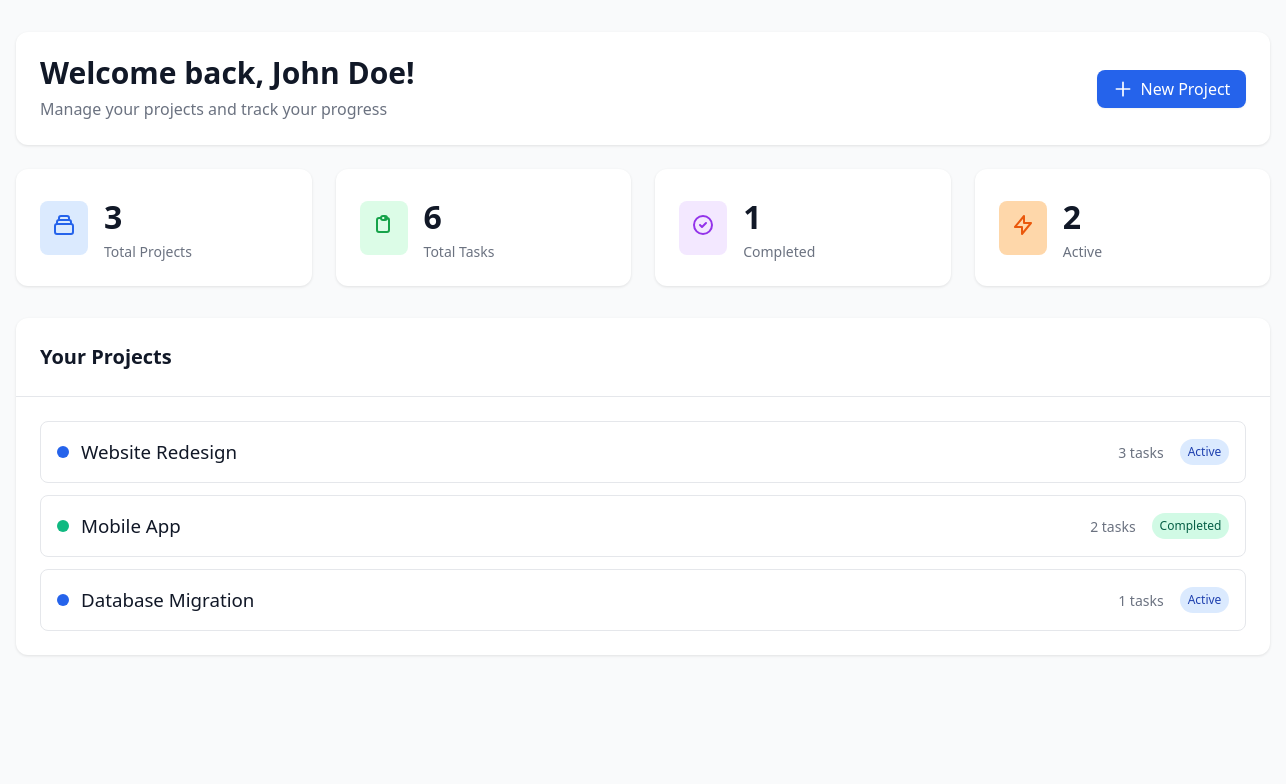
Repository: him021204/Task-Manager
Page: /dashboard (app in client/)
These files come from the project's save history. The page is drawn as it stood at one moment and after the next save; the edit follows.
The browser window is 1280 px wide. The page is 1286 px wide, then 1280 px, so the pictures cover 1286 px, including what lies to the right of the window. The pictures show the whole page.
The page's requests for data from a server got no answer. The project was rebuilt for these pictures with package versions that can differ from the ones it lists, and the page was loaded fresh each time. Some packages were replaced by stand-ins written for this rebuild. No one was signed in, and anything a server would have sent is missing. Also part of the build but not shown: client/vite.config.js, client/src/pages/Login.jsx, client/src/pages/Register.jsx, client/src/pages/Analytics.jsx, client/src/pages/CalendarView.jsx.

Above is the page before, as saved 2025-06-15 16:38:42.

### client/src/App.jsx
import { BrowserRouter as Router, Routes, Route } from 'react-router-dom';
import { SocketProvider } from './context/SocketContext';
import { AuthProvider } from './context/AuthContext';
import Home from './pages/Home';
import Dashboard from './pages/Dashboard';
import Login from './pages/Login';
import Register from './pages/Register';
import Analytics from './pages/Analytics';
import CalendarView from './pages/CalendarView';
import { ToastContainer } from 'react-toastify';
import 'react-toastify/dist/ReactToastify.css';

const App = () => {
  // You can also remove the dark state if not needed
  // const [dark, setDark] = useState(false);
  return (
    <div className="min-h-screen bg-gray-100 text-black">
      <AuthProvider>
        <SocketProvider>
          <Router>
            <main className="pt-12 px-2 max-w-7xl mx-auto">
              <Routes>
                <Route path="/" element={<Home />} />
                <Route path="/dashboard" element={<Dashboard />} />
                <Route path="/login" element={<Login />} />
                <Route path="/register" element={<Register />} />
                <Route path="/analytics" element={<Analytics />} />
                <Route path="/calendar" element={<CalendarView />} />
              </Routes>
            </main>
          </Router>
          <ToastContainer position="top-right" autoClose={3000} />
        </SocketProvider>
      </AuthProvider>
    </div>
  );
};

export default App;

### client/src/context/SocketContext.jsx
import { createContext, useContext, useEffect } from 'react';
import { socket } from '../utils/socket';

const SocketContext = createContext();

export const SocketProvider = ({ children }) => {
  useEffect(() => {
    return () => socket.disconnect();
  }, []);

  return (
    <SocketContext.Provider value={socket}>
      {children}
    </SocketContext.Provider>
  );
};

export const useSocket = () => useContext(SocketContext);

### client/src/context/AuthContext.jsx
import { createContext, useContext, useEffect, useState } from 'react';
import axios from 'axios';

export const AuthContext = createContext();

export const AuthProvider = ({ children }) => {
  const [user, setUser] = useState(null);
  const [token, setToken] = useState(localStorage.getItem('token'));

  useEffect(() => {
    if (token) {
      axios.defaults.headers.common['Authorization'] = `Bearer ${token}`;
      setUser(JSON.parse(localStorage.getItem('user')));
    }
  }, [token]);

  const login = (data) => {
    localStorage.setItem('token', data.token);
    localStorage.setItem('user', JSON.stringify(data.user));
    setUser(data.user);
    setToken(data.token);
  };

  const logout = () => {
    localStorage.clear();
    setUser(null);
    setToken(null);
  };

  return (
    <AuthContext.Provider value={{ user, login, logout }}>
      {children}
    </AuthContext.Provider>
  );
};

export const useAuth = () => useContext(AuthContext);

### client/src/pages/Dashboard.jsx
import { useEffect, useState, useCallback } from 'react';
import './Dashboard.css';
// import axios from 'axios';
// import { useAuth } from '../context/AuthContext';

// Mock data and functions for demonstration
const mockUser = { name: 'John Doe' };
const mockProjects = [
  { _id: '1', title: 'Website Redesign', status: 'Active', tasks: [1, 2, 3] },
  { _id: '2', title: 'Mobile App', status: 'Completed', tasks: [1, 2] },
  { _id: '3', title: 'Database Migration', status: 'Active', tasks: [1] }
];

const Dashboard = () => {
  // const { user } = useAuth();
  const user = mockUser; // Mock user for demo
  const [projects, setProjects] = useState(mockProjects);
  const [loading, setLoading] = useState(false);
  const [error, setError] = useState('');
  const [showCreate, setShowCreate] = useState(false);
  const [newProject, setNewProject] = useState('');
  const [createLoading, setCreateLoading] = useState(false);

  // Mock API calls
  const mockApiCall = (delay = 1000) =>
    new Promise(resolve => setTimeout(resolve, delay));

  const getAuthHeaders = useCallback(() => ({
    Authorization: `Bearer mock-token`,
  }), []);

  const fetchProjects = useCallback(async () => {
    if (!user) return;

    try {
      setLoading(true);
      setError('');
      await mockApiCall(500); // Simulate API call
      // In real app: const response = await axios.get(`${import.meta.env.VITE_API_BASE_URL}/projects`, { headers: getAuthHeaders() });
      // setProjects(response.data);
    } catch (err) {
      console.error('Failed to fetch projects:', err);
      setError('Failed to load projects. Please try again.');
    } finally {
      setLoading(false);
    }
  }, [user, getAuthHeaders]);

  useEffect(() => {
    fetchProjects();
  }, [fetchProjects]);

  const handleCreateProject = async (e) => {
    e.preventDefault();
    const trimmedProject = newProject.trim();

    if (!trimmedProject) {
      setError('Project name cannot be empty');
      return;
    }

    try {
      setCreateLoading(true);
      setError('');

      await mockApiCall(800); // Simulate API call

      // Mock new project creation
      const newProjectObj = {
        _id: Date.now().toString(),
        title: trimmedProject,
        status: 'Active',
        tasks: []
      };

      setProjects(prev => [newProjectObj, ...prev]);
      setNewProject('');
      setShowCreate(false);
    } catch (err) {
      console.error('Failed to create project:', err);
      setError('Failed to create project. Please try again.');
    } finally {
      setCreateLoading(false);
    }
  };

  const handleRetry = () => {
    fetchProjects();
  };

  const dismissError = () => {
    setError('');
  };

  const toggleCreateForm = () => {
    setShowCreate(prev => !prev);
    setNewProject('');
    setError('');
  };

  // Calculate stats
  const totalTasks = projects.reduce((acc, p) => acc + (p.tasks?.length || 0), 0);
  const completedProjects = projects.filter(p => p.status === 'Completed').length;
  const activeProjects = projects.length - completedProjects;

  if (!user) {
    return (
      <div className="auth-required">
        <div className="auth-card">
          <h1>Authentication Required</h1>
          <p>Please log in to access your dashboard.</p>
        </div>
      </div>
    );
  }

  return (
    <div className="dashboard">
      <div className="dashboard-container">

        {/* Header */}
        <div className="header-card">
          <div className="header-content">
            <div className="header-text">
              <h1>Welcome back, {user?.name}!</h1>
              <p>Manage your projects and track your progress</p>
            </div>
            <button
              onClick={toggleCreateForm}
              disabled={createLoading}
              className="new-project-btn"
              aria-label="Create new project"
            >
              <svg className="btn-icon" fill="none" stroke="currentColor" viewBox="0 0 24 24">
                <path strokeLinecap="round" strokeLinejoin="round" strokeWidth={2} d="M12 4v16m8-8H4" />
              </svg>
              {showCreate ? 'Cancel' : 'New Project'}
            </button>
          </div>
        </div>

        {/* Error Alert */}
        {error && (
          <div className="error-alert">
            <div className="error-content">
              <div className="error-message">
                <svg className="error-icon" fill="none" stroke="currentColor" viewBox="0 0 24 24">
                  <path strokeLinecap="round" strokeLinejoin="round" strokeWidth={2} d="M12 8v4m0 4h.01M21 12a9 9 0 11-18 0 9 9 0 0118 0z" />
                </svg>
                <p>{error}</p>
              </div>
              <div className="error-actions">
                <button onClick={handleRetry} className="retry-btn">Retry</button>
                <button onClick={dismissError} className="dismiss-btn" aria-label="Dismiss error">
                  <svg className="dismiss-icon" fill="none" stroke="currentColor" viewBox="0 0 24 24">
                    <path strokeLinecap="round" strokeLinejoin="round" strokeWidth={2} d="M6 18L18 6M6 6l12 12" />
                  </svg>
                </button>
              </div>
            </div>
          </div>
        )}

        {/* Stats Cards */}
        <div className="stats-grid">
          <div className="stat-card">
            <div className="stat-content">
              <div className="stat-icon blue">
                <svg fill="none" stroke="currentColor" viewBox="0 0 24 24">
                  <path strokeLinecap="round" strokeLinejoin="round" strokeWidth={2} d="M19 11H5m14 0a2 2 0 012 2v6a2 2 0 01-2 2H5a2 2 0 01-2-2v-6a2 2 0 012-2m14 0V9a2 2 0 00-2-2M5 11V9a2 2 0 012-2m0 0V5a2 2 0 012-2h6a2 2 0 012 2v2M7 7h10" />
                </svg>
              </div>
              <div className="stat-info">
                <h3>{projects.length}</h3>
                <p>Total Projects</p>
              </div>
            </div>
          </div>

          <div className="stat-card">
            <div className="stat-content">
              <div className="stat-icon green">
                <svg fill="none" stroke="currentColor" viewBox="0 0 24 24">
                  <path strokeLinecap="round" strokeLinejoin="round" strokeWidth={2} d="M9 5H7a2 2 0 00-2 2v10a2 2 0 002 2h8a2 2 0 002-2V7a2 2 0 00-2-2h-2M9 5a2 2 0 002 2h2a2 2 0 002-2M9 5a2 2 0 012-2h2a2 2 0 012 2" />
                </svg>
              </div>
              <div className="stat-info">
                <h3>{totalTasks}</h3>
                <p>Total Tasks</p>
              </div>
            </div>
          </div>

          <div className="stat-card">
            <div className="stat-content">
              <div className="stat-icon purple">
                <svg fill="none" stroke="currentColor" viewBox="0 0 24 24">
                  <path strokeLinecap="round" strokeLinejoin="round" strokeWidth={2} d="M9 12l2 2 4-4m6 2a9 9 0 11-18 0 9 9 0 0118 0z" />
                </svg>
              </div>
              <div className="stat-info">
                <h3>{completedProjects}</h3>
                <p>Completed</p>
              </div>
            </div>
          </div>

          <div className="stat-card">
            <div className="stat-content">
              <div className="stat-icon orange">
                <svg fill="none" stroke="currentColor" viewBox="0 0 24 24">
                  <path strokeLinecap="round" strokeLinejoin="round" strokeWidth={2} d="M13 10V3L4 14h7v7l9-11h-7z" />
                </svg>
              </div>
              <div className="stat-info">
                <h3>{activeProjects}</h3>
                <p>Active</p>
              </div>
            </div>
          </div>
        </div>

        {/* Create Project Form */}
        {showCreate && (
          <div className="create-form-card">
            <h3>Create New Project</h3>
            <div className="create-form">
              <input
                type="text"
                value={newProject}
                onChange={(e) => setNewProject(e.target.value)}
                placeholder="Enter project name"
                className="project-input"
                autoFocus
                disabled={createLoading}
                maxLength={100}
              />
              <button
                type="button"
                onClick={handleCreateProject}
                disabled={createLoading || !newProject.trim()}
                className="create-btn"
              >
                {createLoading ? 'Creating...' : 'Create'}
              </button>
            </div>
          </div>
        )}

        {/* Projects List */}
        <div className="projects-card">
          <div className="projects-header">
            <h2>Your Projects</h2>
          </div>

          <div className="projects-content">
            {loading ? (
              <div className="loading-state">
                <div className="spinner"></div>
                <span>Loading projects...</span>
              </div>
            ) : projects.length === 0 ? (
              <div className="empty-state">
                <svg className="empty-icon" fill="none" stroke="currentColor" viewBox="0 0 24 24">
                  <path strokeLinecap="round" strokeLinejoin="round" strokeWidth={1} d="M19 11H5m14 0a2 2 0 012 2v6a2 2 0 01-2 2H5a2 2 0 01-2-2v-6a2 2 0 012-2m14 0V9a2 2 0 00-2-2M5 11V9a2 2 0 012-2m0 0V5a2 2 0 012-2h6a2 2 0 012 2v2M7 7h10" />
                </svg>
                <h3>No projects yet</h3>
                <p>Get started by creating your first project</p>
                <button onClick={toggleCreateForm} className="empty-create-btn">
                  <svg className="btn-icon" fill="none" stroke="currentColor" viewBox="0 0 24 24">
                    <path strokeLinecap="round" strokeLinejoin="round" strokeWidth={2} d="M12 4v16m8-8H4" />
                  </svg>
                  Create Project
                </button>
              </div>
            ) : (
              <div className="projects-list">
                {projects.map((project) => (
                  <div key={project._id} className="project-item">
                    <div className="project-main">
                      <div className={`project-status ${project.status === 'Completed' ? 'completed' : 'active'}`}></div>
                      <h3>{project.title}</h3>
                    </div>
                    <div className="project-meta">
                      <span className="task-count">{project.tasks?.length || 0} tasks</span>
                      <span className={`status-badge ${project.status === 'Completed' ? 'completed' : 'active'}`}>
                        {project.status || 'Active'}
                      </span>
                    </div>
                  </div>
                ))}
              </div>
            )}
          </div>
        </div>
      </div>
    </div>
  );
};

export default Dashboard;

### client/src/pages/Dashboard.css
/* Dashboard Styles */
.dashboard {
  min-height: 100vh;
  width: 98vw;
  background-color: #f9fafb;
  padding: 2rem 1rem;
}

.dashboard-container {
  max-width: 96rem;
  margin: 0 auto;
}

/* Header Card */
.header-card {
  background: white;
  border-radius: 0.75rem;
  box-shadow: 0 1px 3px 0 rgba(0, 0, 0, 0.1);
  padding: 1.5rem;
  margin-bottom: 1.5rem;
}

.header-content {
  display: flex;
  flex-direction: column;
  gap: 1rem;
}

.header-text h1 {
  font-size: 1.875rem;
  font-weight: 700;
  color: #111827;
  margin: 0 0 0.5rem 0;
}

.header-text p {
  color: #6b7280;
  margin: 0;
}

.new-project-btn {
  display: inline-flex;
  align-items: center;
  padding: 0.5rem 1rem;
  background-color: #2563eb;
  color: white;
  font-weight: 500;
  border: none;
  border-radius: 0.5rem;
  box-shadow: 0 1px 2px 0 rgba(0, 0, 0, 0.05);
  cursor: pointer;
  transition: background-color 0.2s;
  align-self: flex-start;
}

.new-project-btn:hover:not(:disabled) {
  background-color: #1d4ed8;
}

.new-project-btn:disabled {
  background-color: #9ca3af;
  cursor: not-allowed;
}

.btn-icon {
  width: 1.25rem;
  height: 1.25rem;
  margin-right: 0.5rem;
}

/* Error Alert */
.error-alert {
  background-color: #fef2f2;
  border: 1px solid #fecaca;
  border-radius: 0.5rem;
  padding: 1rem;
  margin-bottom: 1.5rem;
}

.error-content {
  display: flex;
  align-items: center;
  justify-content: space-between;
}

.error-message {
  display: flex;
  align-items: center;
}

.error-icon {
  width: 1.25rem;
  height: 1.25rem;
  color: #ef4444;
  margin-right: 0.75rem;
}

.error-message p {
  color: #dc2626;
  margin: 0;
}

.error-actions {
  display: flex;
  gap: 0.5rem;
}

.retry-btn {
  color: #dc2626;
  background: none;
  border: none;
  font-size: 0.875rem;
  font-weight: 500;
  cursor: pointer;
}

.retry-btn:hover {
  color: #b91c1c;
}

.dismiss-btn {
  color: #ef4444;
  background: none;
  border: none;
  cursor: pointer;
  padding: 0;
}

.dismiss-btn:hover {
  color: #dc2626;
}

.dismiss-icon {
  width: 1.25rem;
  height: 1.25rem;
}

/* Stats Grid */
.stats-grid {
  display: grid;
  grid-template-columns: repeat(auto-fit, minmax(250px, 1fr));
  gap: 1.5rem;
  margin-bottom: 2rem;
}

.stat-card {
  background: white;
  border-radius: 0.75rem;
  box-shadow: 0 1px 3px 0 rgba(0, 0, 0, 0.1);
  padding: 1.5rem;
}

.stat-content {
  display: flex;
  align-items: center;
}

.stat-icon {
  padding: 0.75rem;
  border-radius: 0.5rem;
  margin-right: 1rem;
}

.stat-icon svg {
  width: 1.5rem;
  height: 1.5rem;
}

.stat-icon.blue {
  background-color: #dbeafe;
  color: #2563eb;
}

.stat-icon.green {
  background-color: #dcfce7;
  color: #16a34a;
}

.stat-icon.purple {
  background-color: #f3e8ff;
  color: #9333ea;
}

.stat-icon.orange {
  background-color: #fed7aa;
  color: #ea580c;
}

.stat-info h3 {
  font-size: 2rem;
  font-weight: 700;
  color: #111827;
  margin: 0;
}

.stat-info p {
  color: #6b7280;
  font-size: 0.875rem;
  margin: 0;
}

/* Create Form */
.create-form-card {
  background: white;
  border-radius: 0.75rem;
  box-shadow: 0 1px 3px 0 rgba(0, 0, 0, 0.1);
  padding: 1.5rem;
  margin-bottom: 1.5rem;
}

.create-form-card h3 {
  font-size: 1.125rem;
  font-weight: 600;
  color: #111827;
  margin: 0 0 1rem 0;
}

.create-form {
  display: flex;
  gap: 0.75rem;
}

.project-input {
  flex: 1;
  padding: 0.5rem 1rem;
  border: 1px solid #d1d5db;
  border-radius: 0.5rem;
  background: white;
  font-size: 1rem;
  color: #111827;
}

.project-input:focus {
  outline: none;
  border-color: #2563eb;
  box-shadow: 0 0 0 3px rgba(37, 99, 235, 0.1);
}

.project-input:disabled {
  background-color: #f9fafb;
  color: #6b7280;
}

.create-btn {
  padding: 0.5rem 1.5rem;
  background-color: #2563eb;
  color: white;
  font-weight: 500;
  border: none;
  border-radius: 0.5rem;
  cursor: pointer;
  transition: background-color 0.2s;
}

.create-btn:hover:not(:disabled) {
  background-color: #1d4ed8;
}

.create-btn:disabled {
  background-color: #9ca3af;
  cursor: not-allowed;
}

/* Projects Card */
.projects-card {
  background: white;
  border-radius: 0.75rem;
  box-shadow: 0 1px 3px 0 rgba(0, 0, 0, 0.1);
}

.projects-header {
  padding: 1.5rem;
  border-bottom: 1px solid #e5e7eb;
}

.projects-header h2 {
  font-size: 1.25rem;
  font-weight: 600;
  color: #111827;
  margin: 0;
}

.projects-content {
  padding: 1.5rem;
}

/* Loading State */
.loading-state {
  display: flex;
  align-items: center;
  justify-content: center;
  padding: 3rem 0;
}

.spinner {
  width: 2rem;
  height: 2rem;
  border: 2px solid #e5e7eb;
  border-top: 2px solid #2563eb;
  border-radius: 50%;
  animation: spin 1s linear infinite;
  margin-right: 0.75rem;
}

@keyframes spin {
  to {
    transform: rotate(360deg);
  }
}

.loading-state span {
  color: #6b7280;
}

/* Empty State */
.empty-state {
  text-align: center;
  padding: 3rem 0;
}

.empty-icon {
  width: 4rem;
  height: 4rem;
  color: #9ca3af;
  margin: 0 auto 1rem;
}

.empty-state h3 {
  font-size: 1.125rem;
  font-weight: 500;
  color: #111827;
  margin: 0 0 0.5rem 0;
}

.empty-state p {
  color: #6b7280;
  margin: 0 0 1rem 0;
}

.empty-create-btn {
  display: inline-flex;
  align-items: center;
  padding: 0.5rem 1rem;
  background-color: #2563eb;
  color: white;
  font-weight: 500;
  border: none;
  border-radius: 0.5rem;
  cursor: pointer;
  transition: background-color 0.2s;
}

.empty-create-btn:hover {
  background-color: #1d4ed8;
}

/* Projects List */
.projects-list {
  display: flex;
  flex-direction: column;
  gap: 0.75rem;
}

.project-item {
  display: flex;
  align-items: center;
  justify-content: space-between;
  padding: 1rem;
  border: 1px solid #e5e7eb;
  border-radius: 0.5rem;
  transition: background-color 0.2s;
}

.project-item:hover {
  background-color: #f9fafb;
}

.project-main {
  display: flex;
  align-items: center;
  gap: 0.75rem;
}

.project-status {
  width: 0.75rem;
  height: 0.75rem;
  border-radius: 50%;
}

.project-status.completed {
  background-color: #10b981;
}

.project-status.active {
  background-color: #2563eb;
}

.project-main h3 {
  font-weight: 500;
  color: #111827;
  margin: 0;
}

.project-meta {
  display: flex;
  align-items: center;
  gap: 1rem;
  font-size: 0.875rem;
}

.task-count {
  color: #6b7280;
}

.status-badge {
  padding: 0.25rem 0.5rem;
  border-radius: 9999px;
  font-size: 0.75rem;
  font-weight: 500;
}

.status-badge.completed {
  background-color: #d1fae5;
  color: #065f46;
}

.status-badge.active {
  background-color: #dbeafe;
  color: #1e40af;
}

/* Auth Required */
.auth-required {
  min-height: 100vh;
  display: flex;
  align-items: center;
  justify-content: center;
  background-color: #f9fafb;
}

.auth-card {
  text-align: center;
  padding: 2rem;
  background: white;
  border-radius: 0.75rem;
  box-shadow: 0 4px 6px -1px rgba(0, 0, 0, 0.1);
}

.auth-card h1 {
  font-size: 1.5rem;
  font-weight: 700;
  color: #111827;
  margin: 0 0 1rem 0;
}

.auth-card p {
  color: #6b7280;
  margin: 0;
}

/* Dark Mode Support */
@media (prefers-color-scheme: dark) {
  .dashboard {
    background-color: #111827;
  }

  .header-card,
  .create-form-card,
  .projects-card,
  .stat-card {
    background-color: #1f2937;
  }

  .header-text h1,
  .create-form-card h3,
  .projects-header h2,
  .project-main h3,
  .stat-info h3,
  .empty-state h3 {
    color: white;
  }

  .header-text p,
  .stat-info p,
  .task-count,
  .loading-state span,
  .empty-state p {
    color: #9ca3af;
  }

  .project-input {
    background-color: #374151;
    border-color: #4b5563;
    color: white;
  }

  .project-input:focus {
    border-color: #3b82f6;
  }

  .project-item {
    border-color: #374151;
  }

  .project-item:hover {
    background-color: rgba(55, 65, 81, 0.5);
  }

  .stat-icon.blue {
    background-color: rgba(37, 99, 235, 0.2);
    color: #60a5fa;
  }

  .stat-icon.green {
    background-color: rgba(34, 197, 94, 0.2);
    color: #4ade80;
  }

  .stat-icon.purple {
    background-color: rgba(147, 51, 234, 0.2);
    color: #a855f7;
  }

  .stat-icon.orange {
    background-color: rgba(234, 88, 12, 0.2);
    color: #fb923c;
  }

  .status-badge.completed {
    background-color: rgba(34, 197, 94, 0.2);
    color: #4ade80;
  }

  .status-badge.active {
    background-color: rgba(37, 99, 235, 0.2);
    color: #60a5fa;
  }

  .auth-card {
    background-color: #1f2937;
  }

  .auth-card h1 {
    color: white;
  }

  .auth-card p {
    color: #9ca3af;
  }
}

/* Responsive Design */
@media (min-width: 640px) {
  .header-content {
    flex-direction: row;
    align-items: center;
    justify-content: space-between;
  }

  .header-text {
    margin-bottom: 0;
  }

  .new-project-btn {
    align-self: auto;
  }

  .create-form {
    gap: 1rem;
  }
}

@media (min-width: 768px) {
  .stats-grid {
    grid-template-columns: repeat(2, 1fr);
  }
}

@media (min-width: 1024px) {
  .stats-grid {
    grid-template-columns: repeat(4, 1fr);
  }
}

Loaded but not shown: client/index.html (common file); client/src/main.jsx (common file); client/src/index.css (common file); client/src/utils/socket.js (2 lines, source omitted); client/src/pages/Home.jsx (528 lines, source omitted)

After the next save:
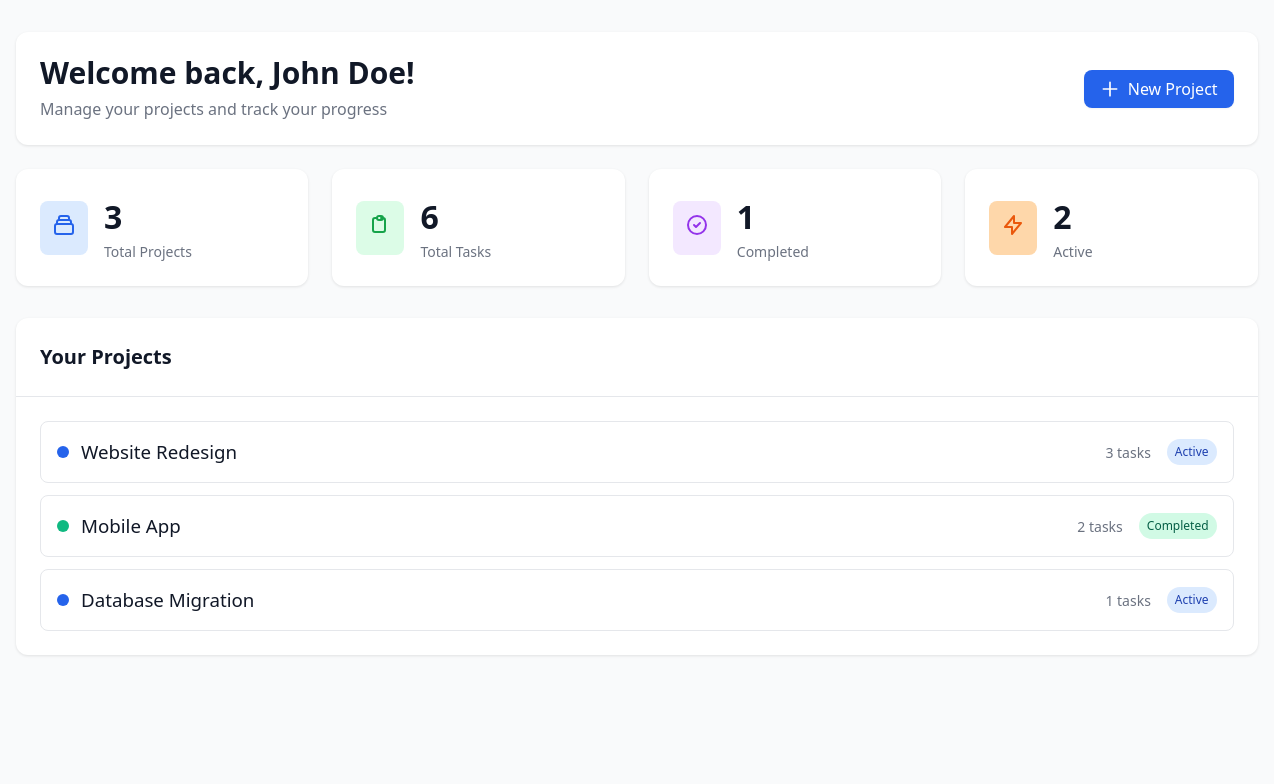
Saved 7 s later.
--- a/client/src/pages/Dashboard.css
+++ b/client/src/pages/Dashboard.css
@@ -1,7 +1,7 @@
 /* Dashboard Styles */
 .dashboard {
   min-height: 100vh;
-  width: 98vw;
+  width: 97vw;
   background-color: #f9fafb;
   padding: 2rem 1rem;
 }
